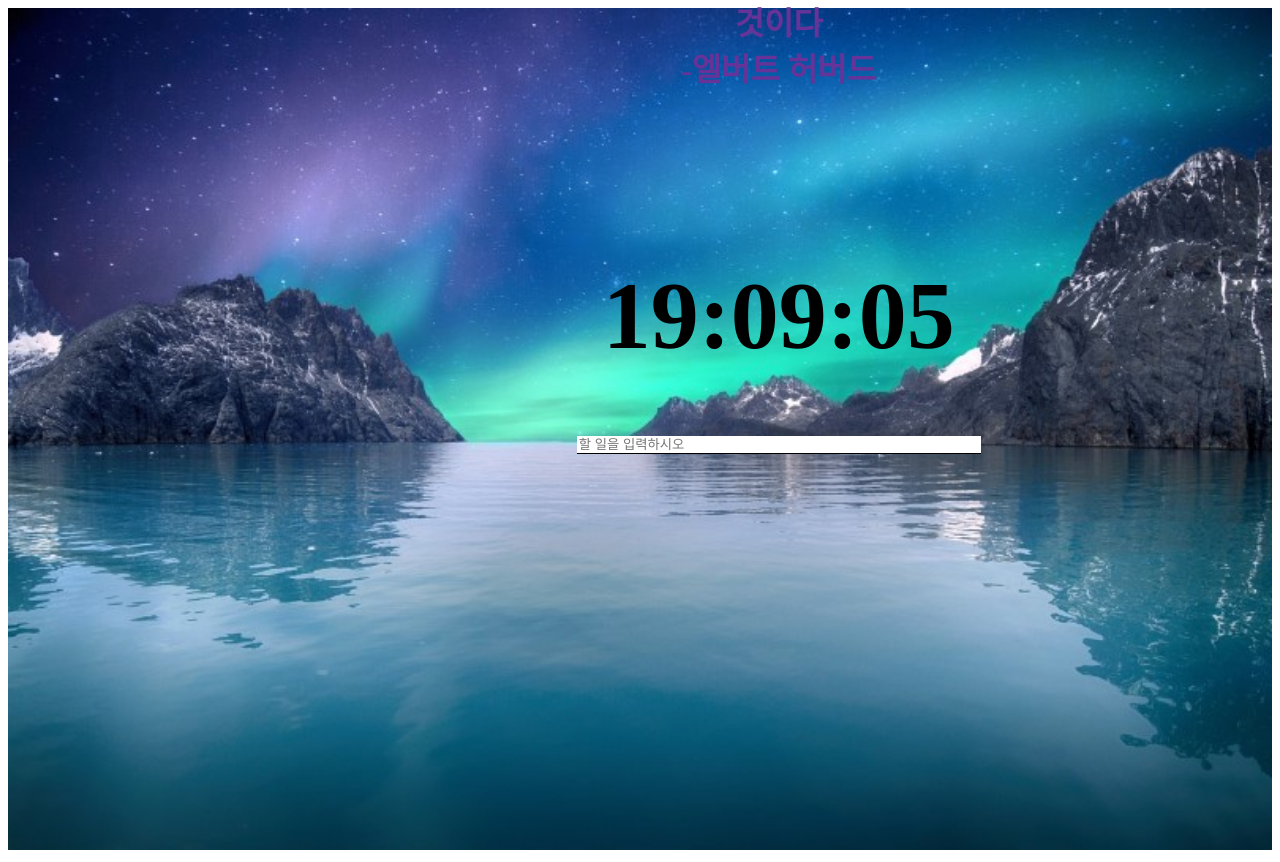
Repository: jun01270/F-E-practice
Page: index.html
The author's editor kept a copy of each file at every save. The page is drawn from the files as they stood at one save, then again after the next save.
The browser window is 1280 px wide. The pictures show the whole page.

Above is the page before, as saved 2023-01-10 17:08:11.
Console error: TypeError: Cannot read properties of null (reading 'classList')

After the next save:
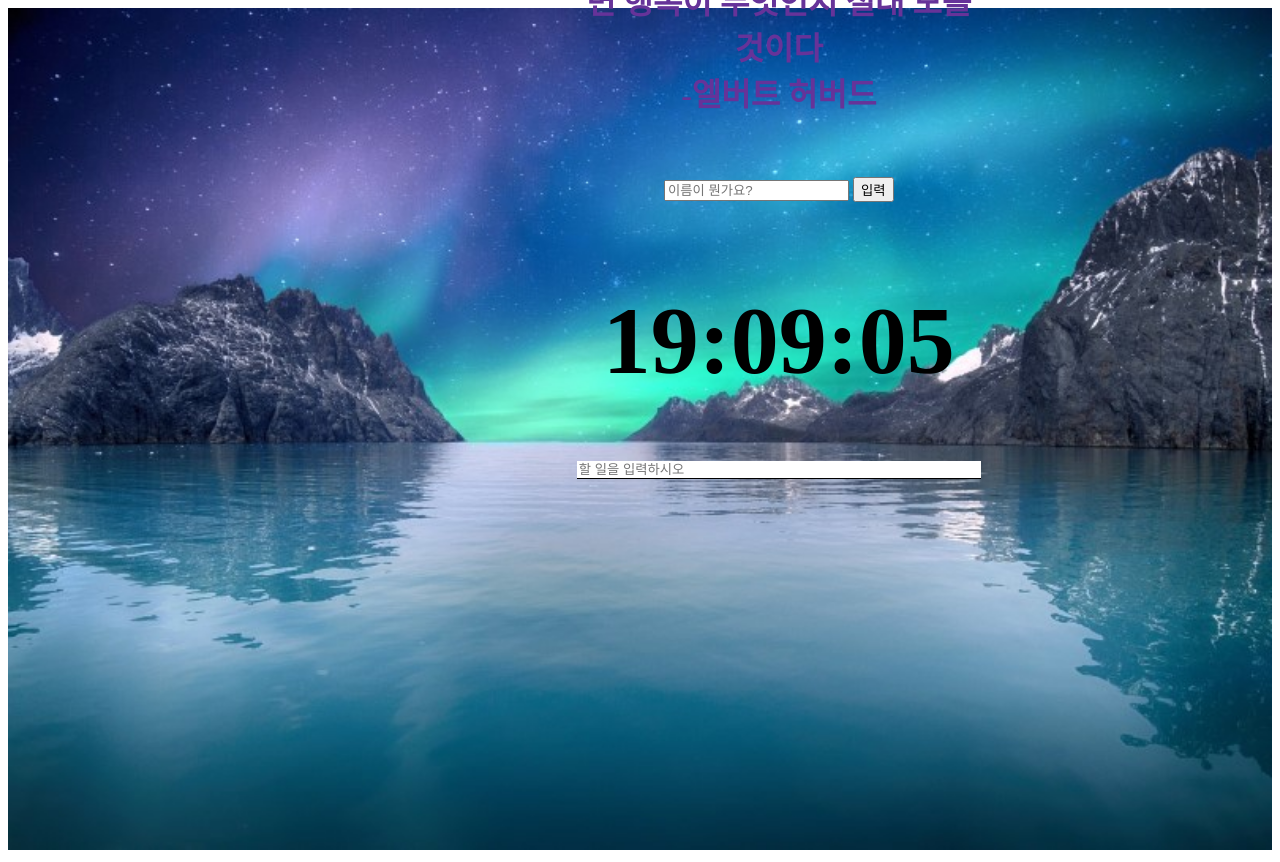
Console error: TypeError: Cannot read properties of null (reading 'addEventListener')
Saved 2 h 2 min later.
--- a/index.html
+++ b/index.html
@@ -9,10 +9,10 @@
   </head>
   <body>
     <div id="all">
-      <!-- <form id="userName-form" class="hidden">
+      <form id="userName-form" class="hidden">
         <input required type="text" placeholder="이름이 뭔가요?" />
         <input type="submit" value="입력" />
-      </form> -->
+      </form>
       <br />
       <h1 id="clock">00:00:00</h1>
       <form id="todo-form">
